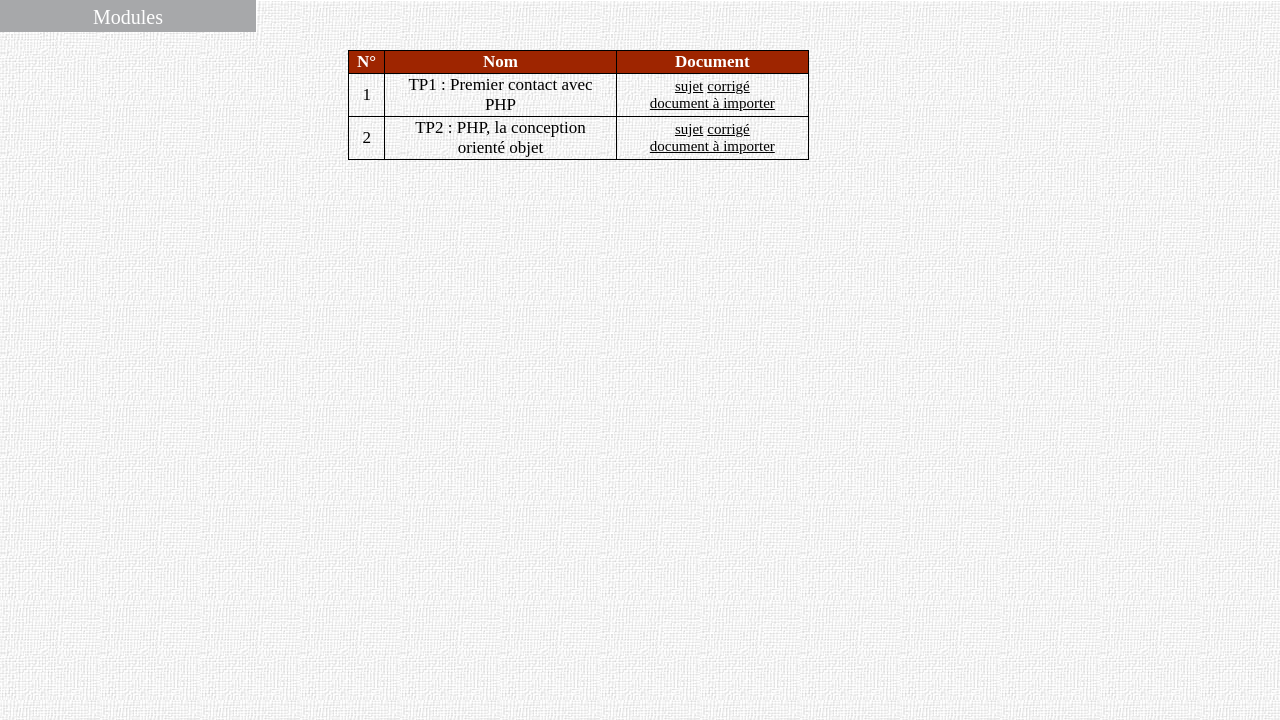
Repository: ValentinArg/PETUT
Page: http://localhost/PETUT/WEB-INF/jsp/eleve/forum.jsp
An editor plug-in stored every save of this project. The page is shown before and after the next save, followed by the edit.
The browser window is 1280 px wide. The pictures show the whole page.
Some web libraries are served in a nearby version. The page is served by Tomcat 9. Nobody is signed in. The template is opened directly, without the code that normally fills it, so the values that code supplies are empty.

Above is the page before, as saved 2016-11-03 22:02:52.

After the next save:
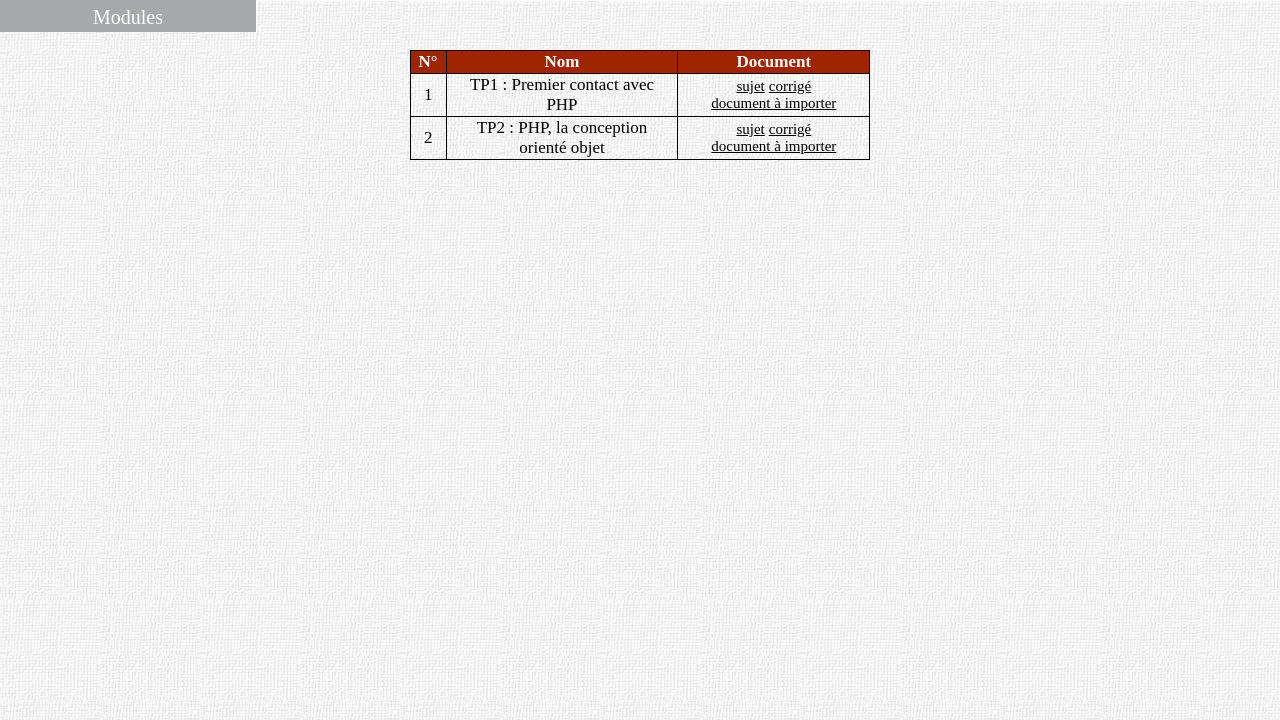
Saved 27 s later.
--- a/PETUT/WebContent/WEB-INF/jsp/eleve/forum.jsp
+++ b/PETUT/WebContent/WEB-INF/jsp/eleve/forum.jsp
@@ -180,12 +180,12 @@
 				slideBarreModule()});
 
 			$('.forum').hide();
-			var longueurDivTableau = ($(".tableau").width()*100);
-			var pourcentage = (longueurDivTableau/($(document).width()));
-			var resultat = ((100-pourcentage)/2)-20;
-			alert(resultat);
-			var string = resultat+'%';
-			document.getElementById('tableauSujets').style.marginLeft = string;
+			//var longueurDivTableau = ($(".tableau").width()*100);
+			//var pourcentage = (longueurDivTableau/($(document).width()));
+			//var resultat = ((100-pourcentage)/2)-20;
+			//alert(resultat);
+			//var string = resultat+'%';
+			//document.getElementById('tableauSujets').style.marginLeft = string;
 		</script>
 	</body>
 </html>
